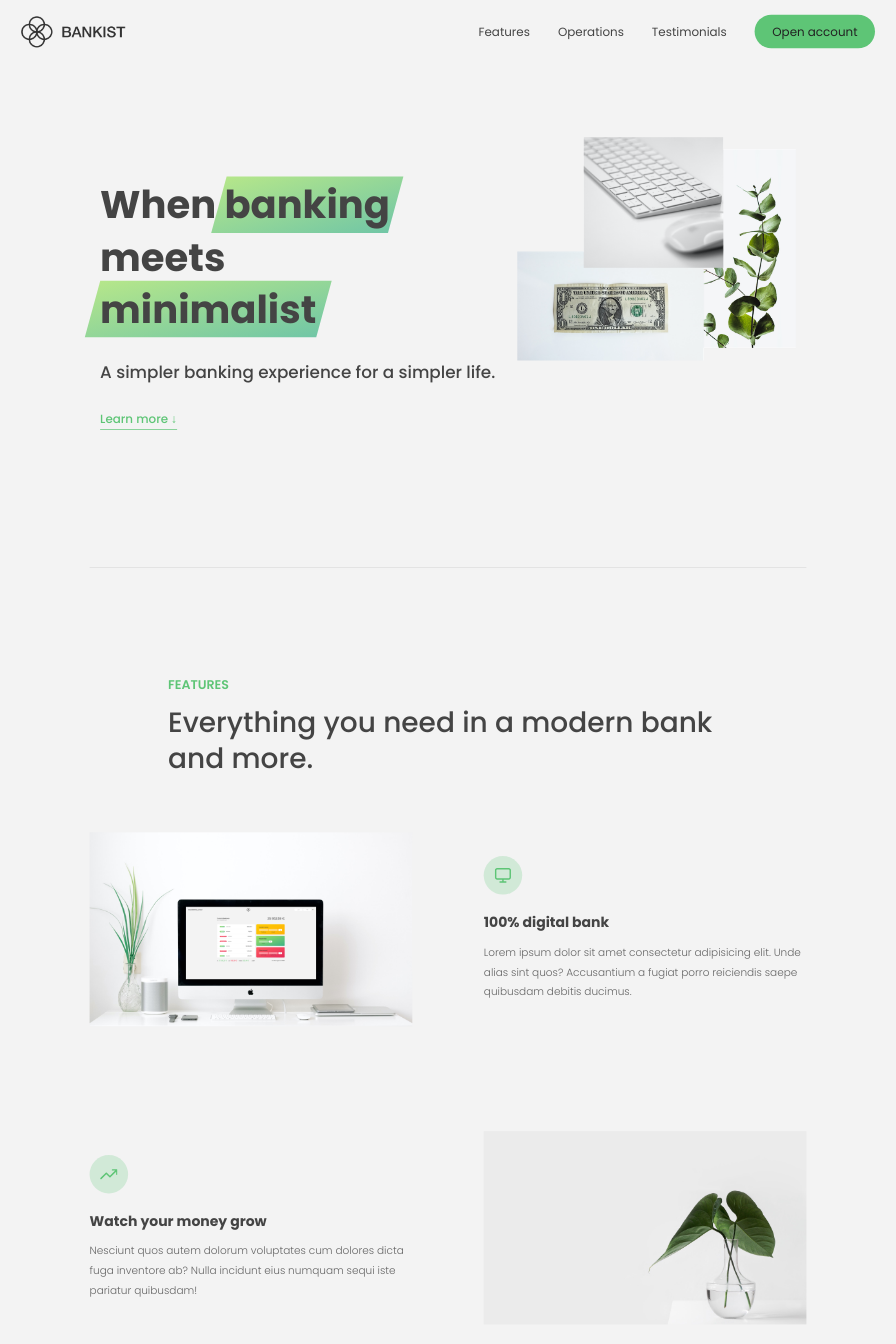
Repository: nptg3105/Bankist
Page: index.html
An editor plug-in stored every save of this project. The page is shown before and after the next save, followed by the edit.
The browser window is 1280 px wide. The pictures show the part of the page from y = 0 to 1920 px (the page is 5180 px tall before and 5256 px after), at 70% of full size.
Some web libraries are served in a nearby version.

Above is the page before, as saved 2022-06-03 07:25:05.

### index.html
<!DOCTYPE html>
<html lang="en">
  <head>
    <meta charset="UTF-8" />
    <meta name="viewport" content="width=device-width, initial-scale=1.0" />
    <meta http-equiv="X-UA-Compatible" content="ie=edge" />
    <link rel="shortcut icon" type="image/png" href="images/icon.png" />

    <link
      href="https://fonts.googleapis.com/css?family=Poppins:300,400,500,600&display=swap"
      rel="stylesheet"
    />
    <link
      rel="stylesheet"
      href="https://cdnjs.cloudflare.com/ajax/libs/font-awesome/6.1.1/css/all.min.css"
      integrity="sha512-KfkfwYDsLkIlwQp6LFnl8zNdLGxu9YAA1QvwINks4PhcElQSvqcyVLLD9aMhXd13uQjoXtEKNosOWaZqXgel0g=="
      crossorigin="anonymous"
      referrerpolicy="no-referrer"
    />
    <link rel="stylesheet" href="dist/index.css" />
    <title>Bankist | When Banking meets Minimalist</title>
  </head>
  <body>
    <nav class="nav container-fluid">
      <img
        src="images/logo.png"
        alt="Bankist logo"
        class="nav__logo"
        id="logo"
      />
      <ul class="nav__links">
        <li class="nav__item">
          <a class="nav__link" href="#section--1">Features</a>
        </li>
        <li class="nav__item">
          <a class="nav__link" href="#section--2">Operations</a>
        </li>
        <li class="nav__item">
          <a class="nav__link" href="#section--3">Testimonials</a>
        </li>
        <li class="nav__item">
          <a class="nav__link nav__link--btn btn--show-modal" href="#"
            >Open account</a
          >
        </li>
      </ul>
    </nav>
    <header class="header">
      <div class="header__title container">
        <h1>
          When
          <!-- Green highlight effect -->
          <span class="highlight">banking</span>
          meets<br />
          <span class="highlight">minimalist</span>
        </h1>
        <h4>A simpler banking experience for a simpler life.</h4>
        <button class="btn--text btn--scroll-to">Learn more &DownArrow;</button>
        <img
          src="images/hero.png"
          class="header__img"
          alt="Minimalist bank items"
        />
      </div>
    </header>

    <section class="section container" id="section--1">
      <div class="section__title">
        <h2 class="section__description">Features</h2>
        <h3 class="section__header">
          Everything you need in a modern bank and more.
        </h3>
      </div>

      <div class="features">
        <div class="features__item">
          <img
            src="images/digital-lazy.jpg"
            data-src="images/digital.jpg"
            alt="Computer"
            class="features__img lazy-img"
          />
          <div class="features__feature">
            <div class="features__icon">
              <svg>
                <use xlink:href="images/icons.svg#icon-monitor"></use>
              </svg>
            </div>
            <h5 class="features__header">100% digital bank</h5>
            <p>
              Lorem ipsum dolor sit amet consectetur adipisicing elit. Unde
              alias sint quos? Accusantium a fugiat porro reiciendis saepe
              quibusdam debitis ducimus.
            </p>
          </div>
        </div>

        <div class="features__item features__item--reverse">
          <img
            src="images/grow-lazy.jpg"
            data-src="images/grow.jpg"
            alt="Plant"
            class="features__img lazy-img"
          />
          <div class="features__feature">
            <div class="features__icon">
              <svg>
                <use xlink:href="images/icons.svg#icon-trending-up"></use>
              </svg>
            </div>
            <h5 class="features__header">Watch your money grow</h5>
            <p>
              Nesciunt quos autem dolorum voluptates cum dolores dicta fuga
              inventore ab? Nulla incidunt eius numquam sequi iste pariatur
              quibusdam!
            </p>
          </div>
        </div>

        <div class="features__item">
          <img
            src="images/card-lazy.jpg"
            data-src="images/card.jpg"
            alt="Credit card"
            class="features__img lazy-img"
          />
          <div class="features__feature">
            <div class="features__icon">
              <svg>
                <use xlink:href="images/icons.svg#icon-credit-card"></use>
              </svg>
            </div>
            <h5 class="features__header">Free debit card included</h5>
            <p>
              Quasi, fugit in cumque cupiditate reprehenderit debitis animi enim
              eveniet consequatur odit quam quos possimus assumenda dicta fuga
              inventore ab.
            </p>
          </div>
        </div>
      </div>
    </section>

    <section class="section container" id="section--2">
      <div class="section__title">
        <h2 class="section__description">Operations</h2>
        <h3 class="section__header">
          Everything as simple as possible, but no simpler.
        </h3>
      </div>

      <div class="operations">
        <div class="operations__tab-container">
          <button
            class="btn operations__tab operations__tab--1 operations__tab--active"
            data-tab="1"
          >
            <span>01</span>Instant Transfers
          </button>
          <button class="btn operations__tab operations__tab--2" data-tab="2">
            <span>02</span>Instant Loans
          </button>
          <button class="btn operations__tab operations__tab--3" data-tab="3">
            <span>03</span>Instant Closing
          </button>
        </div>
        <div
          class="operations__content operations__content--1 operations__content--active"
        >
          <div class="operations__icon operations__icon--1">
            <svg>
              <use xlink:href="images/icons.svg#icon-upload"></use>
            </svg>
          </div>
          <h5 class="operations__header">
            Tranfser money to anyone, instantly! No fees, no BS.
          </h5>
          <p>
            Lorem ipsum dolor sit amet, consectetur adipisicing elit, sed do
            eiusmod tempor incididunt ut labore et dolore magna aliqua. Ut enim
            ad minim veniam, quis nostrud exercitation ullamco laboris nisi ut
            aliquip ex ea commodo consequat.
          </p>
        </div>

        <div class="operations__content operations__content--2">
          <div class="operations__icon operations__icon--2">
            <svg>
              <use xlink:href="images/icons.svg#icon-home"></use>
            </svg>
          </div>
          <h5 class="operations__header">
            Buy a home or make your dreams come true, with instant loans.
          </h5>
          <p>
            Duis aute irure dolor in reprehenderit in voluptate velit esse
            cillum dolore eu fugiat nulla pariatur. Excepteur sint occaecat
            cupidatat non proident, sunt in culpa qui officia deserunt mollit
            anim id est laborum.
          </p>
        </div>
        <div class="operations__content operations__content--3">
          <div class="operations__icon operations__icon--3">
            <svg>
              <use xlink:href="images/icons.svg#icon-user-x"></use>
            </svg>
          </div>
          <h5 class="operations__header">
            No longer need your account? No problem! Close it instantly.
          </h5>
          <p>
            Excepteur sint occaecat cupidatat non proident, sunt in culpa qui
            officia deserunt mollit anim id est laborum. Ut enim ad minim
            veniam, quis nostrud exercitation ullamco laboris nisi ut aliquip ex
            ea commodo consequat.
          </p>
        </div>
      </div>
    </section>

    <section class="section container" id="section--3">
      <div class="section__title section__title--testimonials">
        <h2 class="section__description">Not sure yet?</h2>
        <h3 class="section__header">
          Millions of Bankists are already making their lifes simpler.
        </h3>
      </div>

      <div class="slider">
        <div class="slide slide--1">
          <div class="testimonial">
            <h5 class="testimonial__header">Best financial decision ever!</h5>
            <blockquote class="testimonial__text">
              Lorem ipsum dolor sit, amet consectetur adipisicing elit.
              Accusantium quas quisquam non? Quas voluptate nulla minima
              deleniti optio ullam nesciunt, numquam corporis et asperiores
              laboriosam sunt, praesentium suscipit blanditiis. Necessitatibus
              id alias reiciendis, perferendis facere pariatur dolore veniam
              autem esse non voluptatem saepe provident nihil molestiae.
            </blockquote>
            <address class="testimonial__author">
              <img src="images/user-1.jpg" alt="" class="testimonial__photo" />
              <h6 class="testimonial__name">Aarav Lynn</h6>
              <p class="testimonial__location">San Francisco, USA</p>
            </address>
          </div>
        </div>

        <div class="slide slide--2">
          <div class="testimonial">
            <h5 class="testimonial__header">
              The last step to becoming a complete minimalist
            </h5>
            <blockquote class="testimonial__text">
              Quisquam itaque deserunt ullam, quia ea repellendus provident,
              ducimus neque ipsam modi voluptatibus doloremque, corrupti
              laborum. Incidunt numquam perferendis veritatis neque repellendus.
              Lorem, ipsum dolor sit amet consectetur adipisicing elit. Illo
              deserunt exercitationem deleniti.
            </blockquote>
            <address class="testimonial__author">
              <img src="images/user-2.jpg" alt="" class="testimonial__photo" />
              <h6 class="testimonial__name">Miyah Miles</h6>
              <p class="testimonial__location">London, UK</p>
            </address>
          </div>
        </div>

        <div class="slide slide--3">
          <div class="testimonial">
            <h5 class="testimonial__header">
              Finally free from old-school banks
            </h5>
            <blockquote class="testimonial__text">
              Debitis, nihil sit minus suscipit magni aperiam vel tenetur
              incidunt commodi architecto numquam omnis nulla autem,
              necessitatibus blanditiis modi similique quidem. Odio aliquam
              culpa dicta beatae quod maiores ipsa minus consequatur error sunt,
              deleniti saepe aliquid quos inventore sequi. Necessitatibus id
              alias reiciendis, perferendis facere.
            </blockquote>
            <address class="testimonial__author">
              <img src="images/user-3.jpg" alt="" class="testimonial__photo" />
              <h6 class="testimonial__name">Francisco Gomes</h6>
              <p class="testimonial__location">Lisbon, Portugal</p>
            </address>
          </div>
        </div>

        <!-- <div class="slide"><img src="images/img-1.jpg" alt="Photo 1" /></div>
        <div class="slide"><img src="images/img-2.jpg" alt="Photo 2" /></div>
        <div class="slide"><img src="images/img-3.jpg" alt="Photo 3" /></div>
        <div class="slide"><img src="images/img-4.jpg" alt="Photo 4" /></div> -->
        <button class="slider__btn slider__btn--left">&larr;</button>
        <button class="slider__btn slider__btn--right">&rarr;</button>
        <div class="dots"></div>
      </div>
    </section>

    <section class="section section--sign-up">
      <div class="section__title">
        <h3 class="section__header">
          The best day to join Bankist was one year ago. The second best is
          today!
        </h3>
      </div>
      <button class="btn btn--show-modal">Open your free account today!</button>
    </section>

    <footer class="footer">
      <ul class="footer__nav">
        <li class="footer__item">
          <a class="footer__link" href="#">About</a>
        </li>
        <li class="footer__item">
          <a class="footer__link" href="#">Pricing</a>
        </li>
        <li class="footer__item">
          <a class="footer__link" href="#">Terms of Use</a>
        </li>
        <li class="footer__item">
          <a class="footer__link" href="#">Privacy Policy</a>
        </li>
        <li class="footer__item">
          <a class="footer__link" href="#">Careers</a>
        </li>
        <li class="footer__item">
          <a class="footer__link" href="#">Blog</a>
        </li>
        <li class="footer__item">
          <a class="footer__link" href="#">Contact Us</a>
        </li>
      </ul>
      <img src="images/icon.png" alt="Logo" class="footer__logo" />
      <p class="footer__copyright">
        &copy; Copyright by
        <a
          class="footer__link twitter-link"
          target="_blank"
          href="https://twitter.com/jonasschmedtman"
          >Jonas Schmedtmann</a
        >. Use for learning or your portfolio. Don't use to teach. Don't claim
        as your own product.
      </p>
    </footer>

    <div class="modal hidden">
      <button class="btn--close-modal">&times;</button>
      <h2 class="modal__header">
        Open your bank account <br />
        in just <span class="highlight">5 minutes</span>
      </h2>
      <form class="modal__form">
        <label>First Name</label>
        <input type="text" />
        <label>Last Name</label>
        <input type="text" />
        <label>Email Address</label>
        <input type="email" />
        <button class="btn">Next step &rarr;</button>
      </form>
    </div>
    <div class="overlay hidden"></div>

    <script src="./src/js/script.js"></script>
  </body>
</html>

Loaded but not shown: dist/index.css (library); src/js/script.js (241 lines, source omitted)

After the next save:
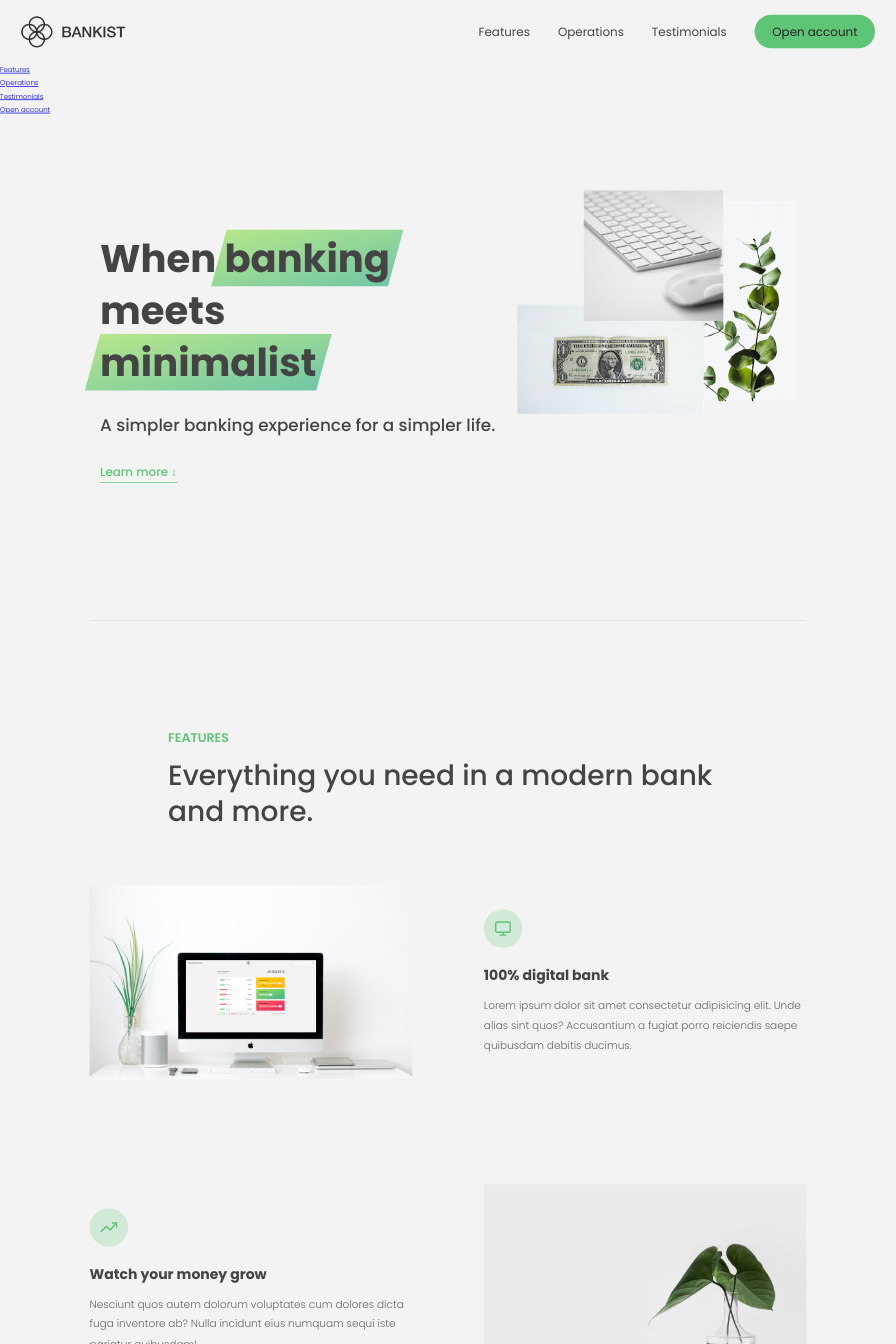
Saved 82 s later.
--- a/index.html
+++ b/index.html
@@ -45,6 +45,12 @@
         </li>
       </ul>
     </nav>
+    <ul class="nav__mobile">
+      <li><a href="#">Features</a></li>
+      <li><a href="#">Operations</a></li>
+      <li><a href="#">Testimonials</a></li>
+      <li><a href="#">Open account</a></li>
+    </ul>
     <header class="header">
       <div class="header__title container">
         <h1>

After the save that followed:
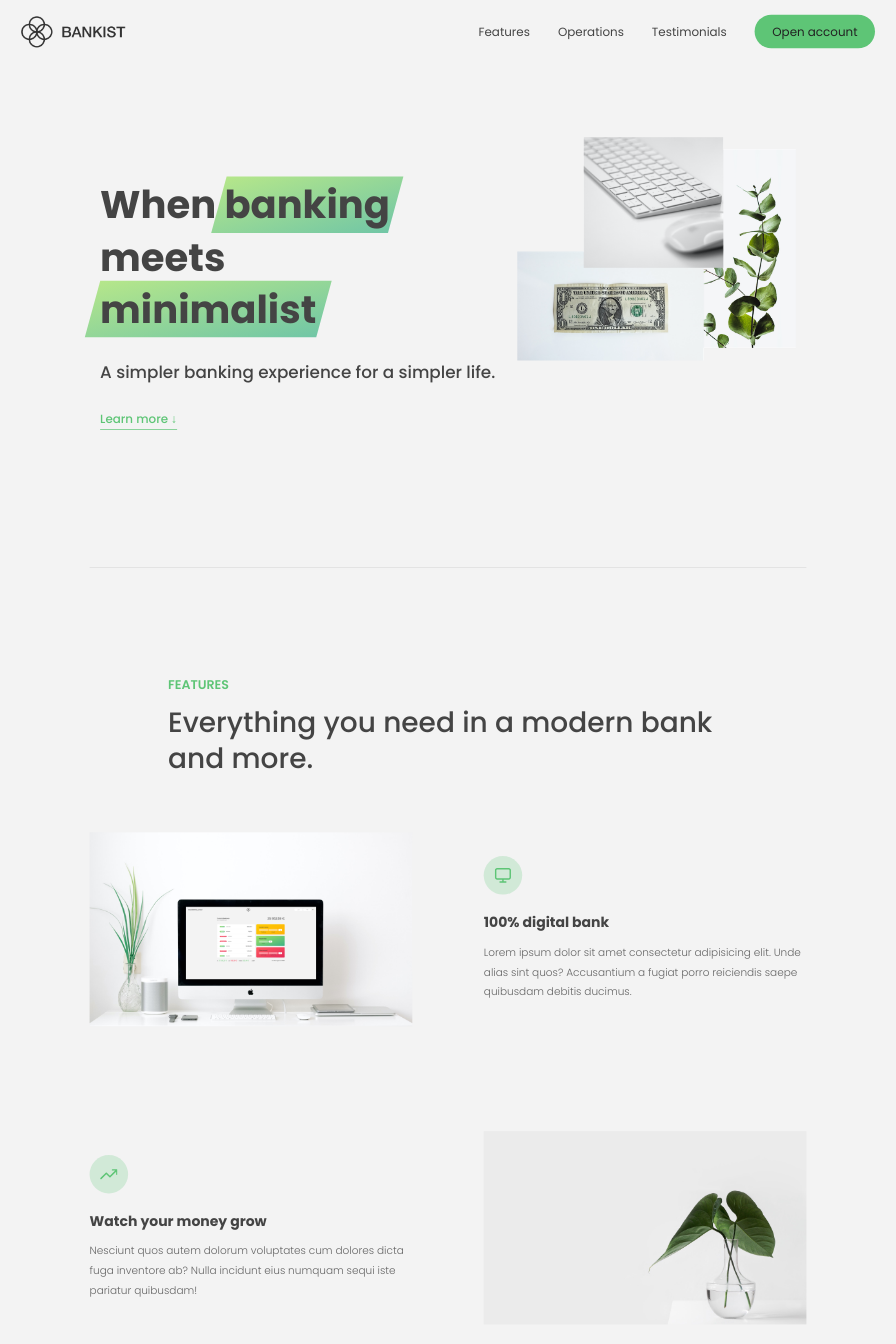
Saved 38 s later.
--- a/index.html
+++ b/index.html
@@ -45,7 +45,7 @@
         </li>
       </ul>
     </nav>
-    <ul class="nav__mobile">
+    <ul class="nav-mobile">
       <li><a href="#">Features</a></li>
       <li><a href="#">Operations</a></li>
       <li><a href="#">Testimonials</a></li>
